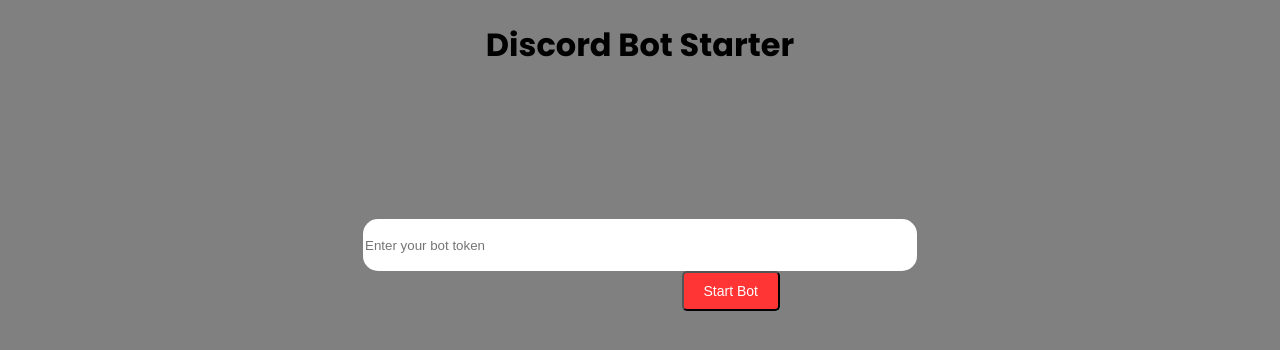
Repository: ranger2202/discord-bot-panel
Page: ranger-bot-runner/app/templates/landing.html
These files come from the project's save history. The page is drawn as it stood at one moment and after the next save; the edit follows.
The browser window is 1280 px wide. The pictures show the whole page.

Above is the page before, as saved 2023-12-30 12:10:55.

### ranger-bot-runner/app/templates/landing.html
<!DOCTYPE html>
<html lang="en">
<head>
    <meta charset="UTF-8">
    <meta name="viewport" content="width=device-width, initial-scale=1.0">
    <link rel="stylesheet" href="./../static/landing.css">
    <link rel="preconnect" href="https://fonts.googleapis.com">
    <link rel="preconnect" href="https://fonts.gstatic.com" crossorigin>
    <link href="https://fonts.googleapis.com/css2?family=Poppins:wght@400;500;600;700&display=swap" rel="stylesheet">
    <title>Discord Bot Starterqwrqwr</title>
</head>
<body>
    <h1 class="bot-header">Discord Bot Starter</h1>
    <div class="bot-token">
        <input class="bot-token-password" type="password" id="token" placeholder="Enter your bot token">
    </div>
    <div class="start-button">
        <button class="start-button" onclick="startBot()">Start Bot</button>
    </div>


    <script type="text/javascript" src="./../static/js/app.js"></script>
</body>
</html>

### ranger-bot-runner/app/static/landing.css
body {
    background-color: grey;
    padding: 0;
    margin: 0;
    font-family: 'Poppins', sans-serif;
}
.start-button button{
    position: absolute;
    right: 500px;
    display: inline-block;
    padding: 10px 20px;
    font-size: 14px;
    text-decoration: none;
    color: #ffffff;
    background-color: #FF3434;
    border-radius: 5px;
    transition: background-color 0.3s ease-in-out;
}
.bot-header{
    display: flex;
    justify-content: center;
}
.bot-token{
    display: flex;
    justify-content: center;
    margin-top: 150px;
}
.bot-token-password{
    width: 550px;
    height: 50px;
    border-radius: 15px;
    color: #000;
    border: none;

}

### ranger-bot-runner/app/static/js/app.js
function startBot() {
  var token = document.getElementById('token').value;
  fetch('/start_bot', {
      method: 'POST',
      headers: {
          'Content-Type': 'application/json',
      },
      body: JSON.stringify({ bot_token: token }),  // Adjusted to match server expectation
  })
  .then(response => response.json())
  .then(data => {
      alert(data.message);  // Display the server response message
  })
  .catch(error => {
      alert('There was an error somewhere.');
  });
}

After the next save:
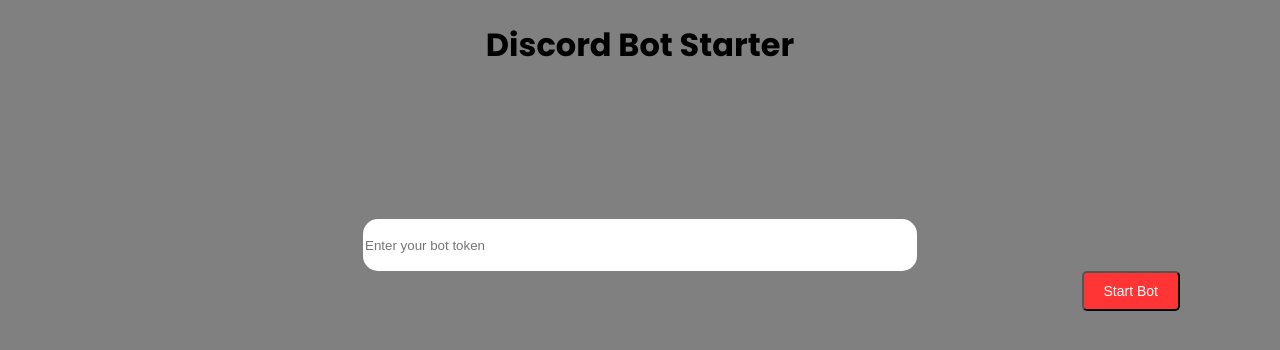
Saved 7 s later.
--- a/ranger-bot-runner/app/static/landing.css
+++ b/ranger-bot-runner/app/static/landing.css
@@ -6,7 +6,7 @@
 }
 .start-button button{
     position: absolute;
-    right: 500px;
+    right: 100px;
     display: inline-block;
     padding: 10px 20px;
     font-size: 14px;
